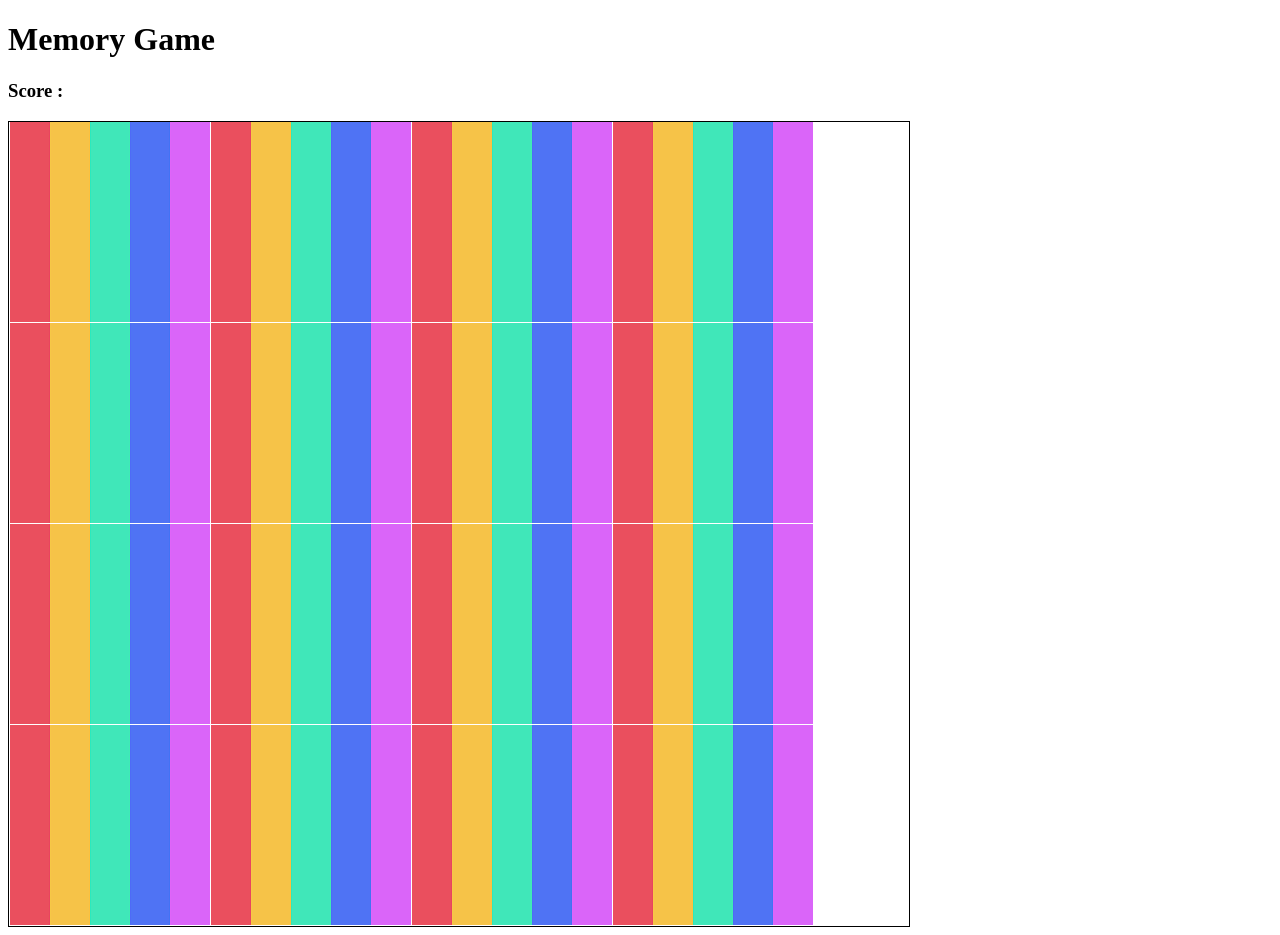
Repository: divyaravada/javascript-games
Page: memory-game/memorygame.html
The author's editor kept a copy of each file at every save. The page is drawn from the files as they stood at one save, then again after the next save.
The browser window is 1280 px wide. The pictures show the whole page.

Above is the page before, as saved 2022-03-15 16:22:29.

After the next save:
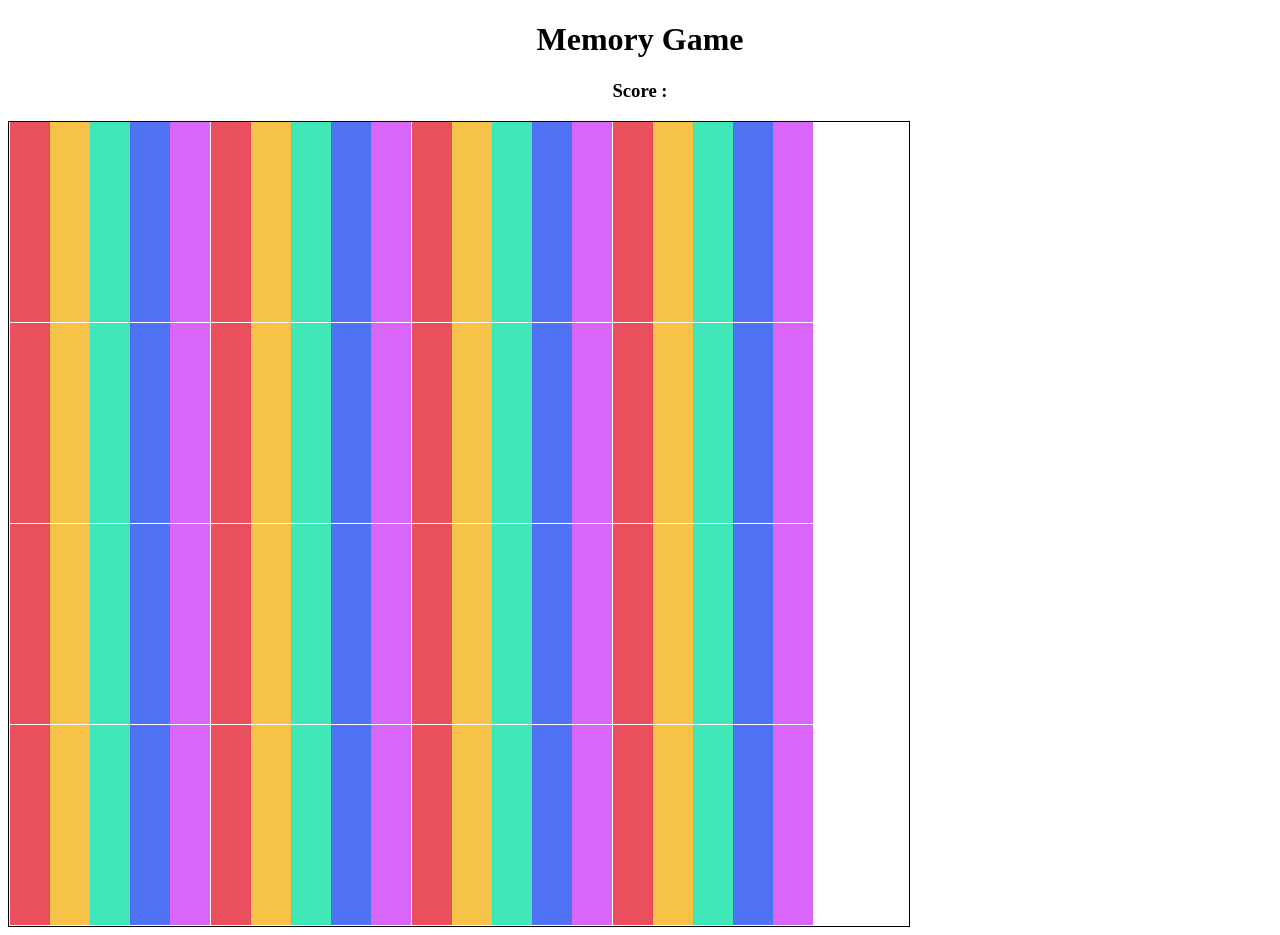
Saved 31 s later.
--- a/memory-game/memorystyle.css
+++ b/memory-game/memorystyle.css
@@ -1,3 +1,6 @@
+* {
+  text-align: center;
+}
 #grid {
   align-items: center;
   display: flex;
